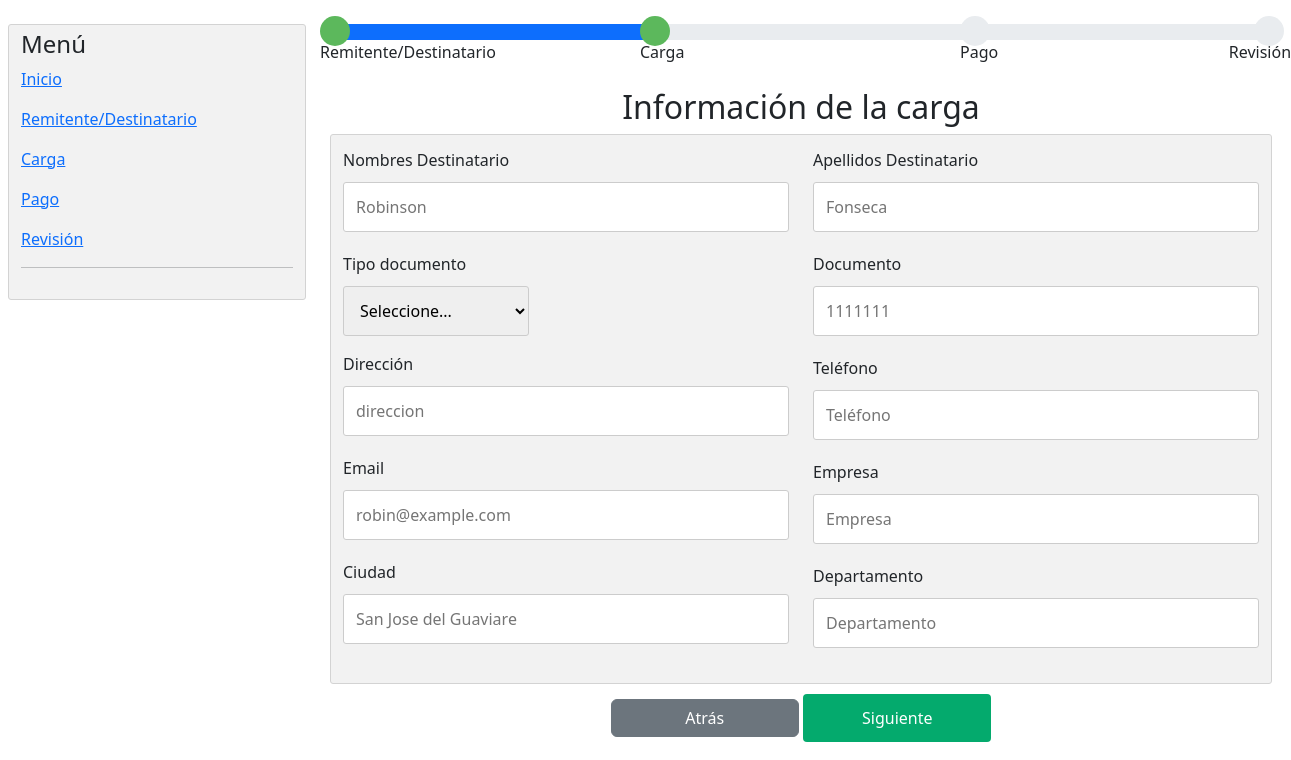
Repository: SennovaFluvial/Trasnfluvial
Page: appFluvial/templates/card1carga.html
An editor plug-in stored every save of this project. The page is shown before and after the next save, followed by the edit.
The browser window is 1280 px wide. The page is 1291 px wide, so the pictures cover 1291 px, including what lies to the right of the window. The pictures show the whole page.
The template is drawn by Django 3.2. The application's start-up code is not run. The template is opened directly, without the code that normally fills it, so the values that code supplies are empty.

Above is the page before, as saved 2023-10-19 23:12:01.

After the next save:
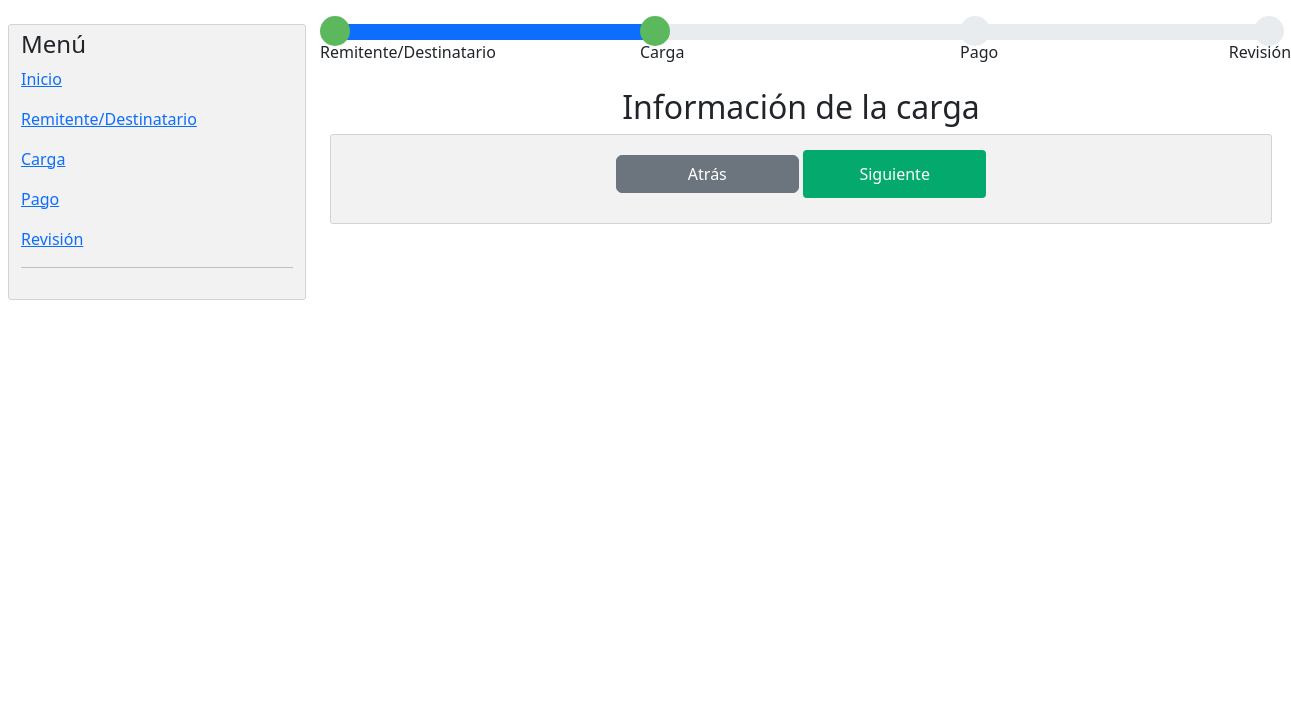
Saved 60 s later.
--- a/appFluvial/templates/card1carga.html
+++ b/appFluvial/templates/card1carga.html
@@ -212,43 +212,8 @@ span.price {
         {% csrf_token %}
         <div class="row">
           <div class="col-50">
-            <h3>  </h3>
-            <label for="dfname"><i class="fa fa-user"></i> Nombres Destinatario</label>
-            <input type="text" id="dfname" name="dfname" placeholder="Robinson">
-            <div class="col-md-5 mb-3">
-                <label for="dtipodocumento">Tipo documento</label>
-                <select class="custom-select d-block w-100" id="dtipodocumento" required="">
-                  <option value="">Seleccione...</option>
-                  <option>CC</option>
-                  <option>CE</option>
-                  <option>Pasaporte</option>
-                </select>
-            </div>
-
-            <label for="dadr"><i class="fa fa-address-card-o"></i> Dirección</label>
-            <input type="text" id="dadr" name="dadr" placeholder="direccion">
-            <label for="demail"><i class="fa fa-envelope"></i> Email</label>
-            <input type="text" id="demail" name="demail" placeholder="robin@example.com">
-            <label for="dcity"><i class="fa fa-institution"></i> Ciudad</label>
-            <input type="text" id="dcity" name="dcity" placeholder="San Jose del Guaviare">
 
           </div>
-
-          <div class="col-50">
-            <h3>  </h3>
-            <label for="dapellidos">Apellidos Destinatario</label>
-            <input type="text" id="dapellidos" name="dapellidos" placeholder="Fonseca">
-            <label for="ddocumento">Documento</label>
-            <input type="text" id="ddocumento" name="ddocumento" placeholder="1111111">
-            <label for="dtelefono">Teléfono</label>
-            <input type="text" id="dtelefono" name="dtelefono" placeholder="Teléfono">
-            <label for="dempresa">Empresa</label>
-            <input type="text" id="dempresa" name="dempresa" placeholder="Empresa">
-            <label for="ddep">Departamento</label>
-            <input type="text" id="ddep" name="ddep" placeholder="Departamento">
-            </div>
-          </div>
-
         </div>
         <div class="text-center">
         <a href="javascript:history.back()" class="btn btn-secondary">Atrás</a>
